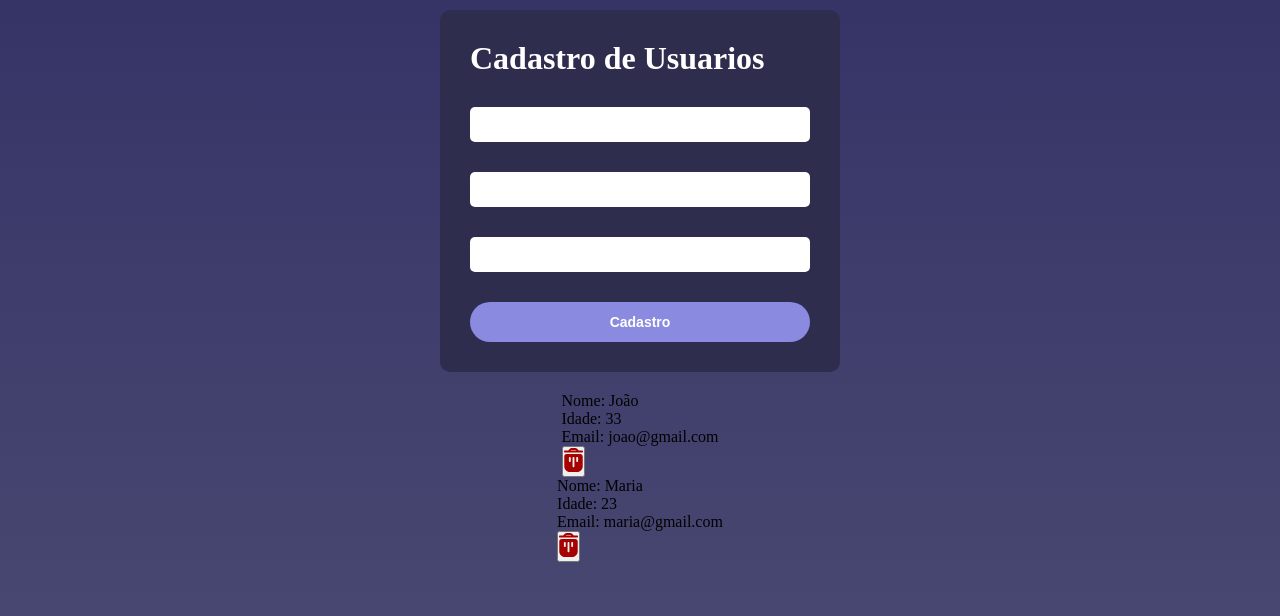
Repository: Rubenslourenco/api-react-node
Page: / (app in devclub-cadastro/)
The author's editor kept a copy of each file at every save. The page is drawn from the files as they stood at one save, then again after the next save.
The browser window is 1280 px wide. The pictures show the whole page.
The project was rebuilt for these pictures with package versions that can differ from the ones it lists, and the page was loaded fresh each time. Also part of the build but not shown: devclub-cadastro/vite.config.js.

Above is the page before, as saved 2025-01-27 10:36:29.

### devclub-cadastro/index.html
<!DOCTYPE html>
<html lang="en">
  <head>
    <meta charset="UTF-8" />
    <link rel="icon" type="image/svg+xml" href="/vite.svg" />
    <meta name="viewport" content="width=device-width, initial-scale=1.0" />
    <link rel="preconnect" href="https://fonts.googleapis.com" />
    <link rel="preconnect" href="https://fonts.gstatic.com" crossorigin />
    <link
      href="https://fonts.googleapis.com/css2?family=Poppins:ital,wght@0,100;0,200;0,300;0,400;0,500;0,600;0,700;0,800;0,900;1,100;1,200;1,300;1,400;1,500;1,600;1,700;1,800;1,900&display=swap"
      rel="stylesheet"
    />
    <title>DevClib - cadastro de Usuarios</title>
  </head>
  <body>
    <div id="root"></div>
    <script type="module" src="/src/main.jsx"></script>
  </body>
</html>

### devclub-cadastro/src/main.jsx
import { StrictMode } from "react";
import { createRoot } from "react-dom/client";
import "./index.css";
import Home from "./pages/Home";

createRoot(document.getElementById("root")).render(
  <StrictMode>
    <Home />
  </StrictMode>
);

### devclub-cadastro/src/index.css
* {
  margin: 0;
  padding: 0;
  box-sizing: border-box;
}

body {
  min-height: 100vh;
  width: 100vw;
  background: linear-gradient(180deg, #363467 0%, rgba(30, 29, 79, 0.8) 100%);
}

### devclub-cadastro/src/pages/Home/index.jsx
import "./style.css";
import Trash from "../../assets/trash.svg";

function Home() {
  const users = [
    {
      id: "32545sdfafas",
      name: "João",
      age: 33,
      email: "joao@gmail.com",
    },
    {
      id: "345455dadaafas",
      name: "Maria",
      age: 23,
      email: "maria@gmail.com",
    },
  ];

  return (
    <div className="container">
      <form>
        <h1>Cadastro de Usuarios</h1>
        <input name="nome" type="text" />
        <input name="idade" type="number" />
        <input name="email" type="email" />
        <button type="button">Cadastro</button>
      </form>
      {users.map((user) => (
        <div key={user.id}>
          <div>
            <p>Nome: {user.name} </p>
            <p>Idade: {user.age}</p>
            <p>Email: {user.email}</p>
          </div>

          <button>
            <img src={Trash} alt="" />
          </button>
        </div>
      ))}
    </div>
  );
}

export default Home;

### devclub-cadastro/src/pages/Home/style.css
.container {
  display: flex;
  align-items: center;
  flex-direction: column;
  padding-top: 10px;
}

h1 {
  color: #fff;
  font-size: 32px;
}

form {
  display: flex;
  flex-direction: column;
  gap: 30px;
  padding: 30px;
  border-radius: 10px;
  background-color: #2e2d4e;
  max-width: 50%px;
  width: 400px;
  margin-bottom: 20px;

  & button {
    border-radius: 30px;
    background-color: #8b8ae1;
    height: 40px;
    border: none;
    font-weight: bold;
    cursos: pointer;
    color: #fff;
    font-size: 14px;
  }

  & button:hover {
    opacity: 0.8;
  }

  & input {
    padding: 10px;
    border-radius: 5px;
    border: none;
  }
}

After the next save:
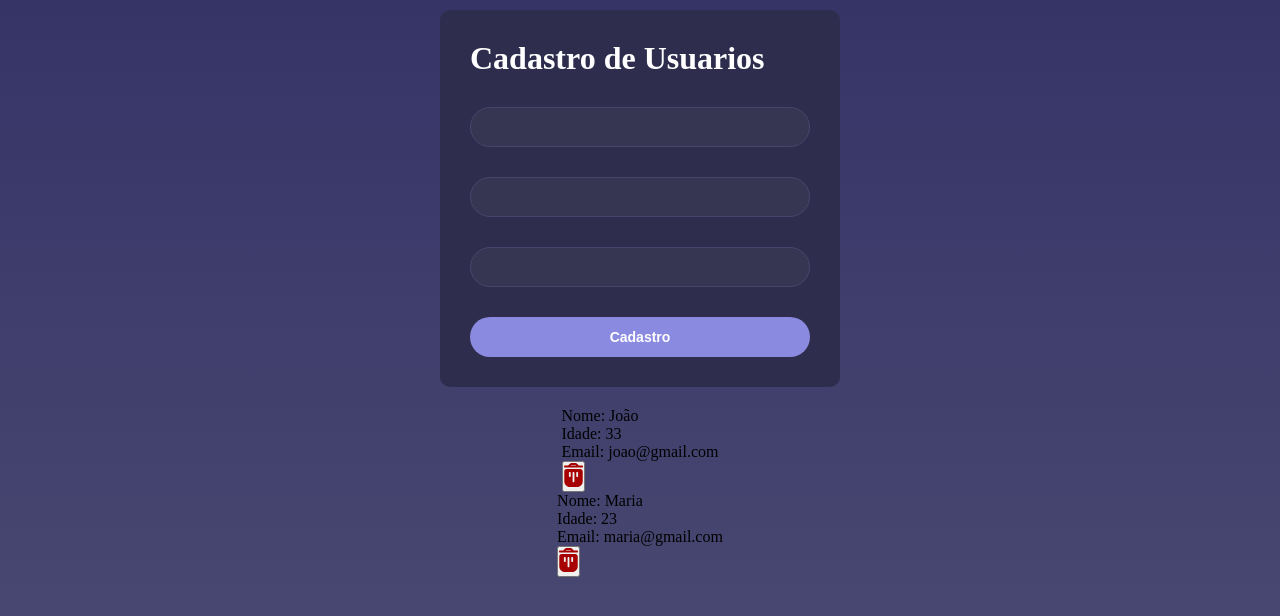
Saved 3 min 21 s later.
--- a/devclub-cadastro/src/pages/Home/style.css
+++ b/devclub-cadastro/src/pages/Home/style.css
@@ -37,8 +37,9 @@ form {
   }
 
   & input {
-    padding: 10px;
-    border-radius: 5px;
-    border: none;
+    border: 1px solid #48456c;
+    border-radius: 30px;
+    height: 40px;
+    background-color: #363653;
   }
 }
